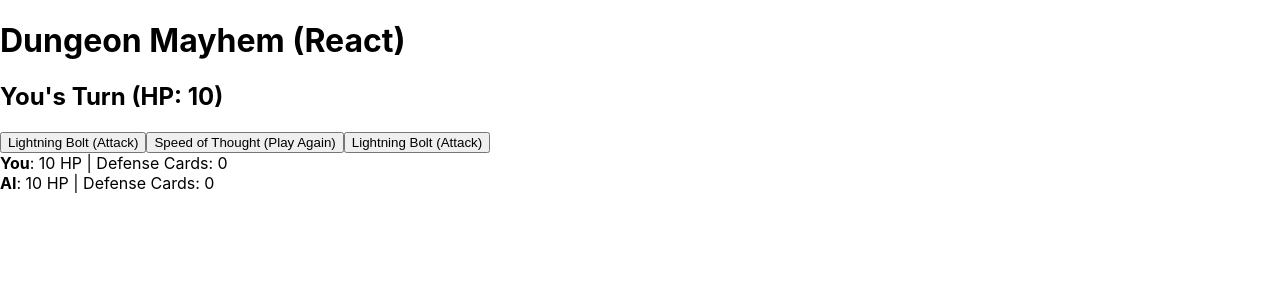
Repository: akhilsabuv/dungeon
Page: /
These files come from the project's save history. The page is drawn as it stood at one moment and after the next save; the edit follows.
The browser window is 1280 px wide. The pictures show the whole page.
The project was rebuilt for these pictures with package versions that can differ from the ones it lists, and the page was loaded fresh each time.

Above is the page before, as saved 2025-04-29 23:48:59.

### src/App.js
import React from 'react';
import GameBoard from './GameBoard';

function App() {
  return (
    <div className="App">
      <GameBoard />
    </div>
  );
}

export default App;

### src/GameBoard.js
import React, { useState } from 'react';

const initialPlayers = [
  {
    name: 'You',
    character: 'azzanthemystic',
    hp: 10,
    hand: [],
    deck: [],
    discard: [],
    defenseCards: [],
  },
  {
    name: 'AI',
    character: 'suthatheskullcrusher',
    hp: 10,
    hand: [],
    deck: [],
    discard: [],
    defenseCards: [],
  }
];

const sampleDeck = [
  { name: 'Lightning Bolt', type: 'Attack', quantity: 4, effect: 1 },
  { name: 'Shield', type: 'Defense', quantity: 2, effect: 1 },
  { name: 'Speed of Thought', type: 'Play Again', quantity: 2, effect: 1 },
  { name: 'Vampiric Touch', type: 'Attack + Heal', quantity: 2, effect: 1 }
];

function drawCard(player) {
  if (player.deck.length === 0) {
    player.deck = [...player.discard];
    player.discard = [];
  }
  const card = player.deck.pop();
  player.hand.push(card);
}

function GameBoard() {
  const [players, setPlayers] = useState(() => {
    const clonedPlayers = JSON.parse(JSON.stringify(initialPlayers));
    clonedPlayers.forEach(p => {
      p.deck = [...sampleDeck.flatMap(card => Array(card.quantity).fill(card))];
      p.deck = p.deck.sort(() => Math.random() - 0.5);
      for (let i = 0; i < 3; i++) drawCard(p);
    });
    return clonedPlayers;
  });

  const [currentPlayerIndex, setCurrentPlayerIndex] = useState(0);

  function playCard(cardIndex) {
    const p = [...players];
    const current = p[currentPlayerIndex];
    const opponent = p[(currentPlayerIndex + 1) % 2];
    const card = current.hand.splice(cardIndex, 1)[0];

    switch (card.type) {
      case 'Attack':
        if (opponent.defenseCards.length > 0) {
          opponent.defenseCards.pop();
        } else {
          opponent.hp = Math.max(0, opponent.hp - card.effect);
        }
        break;
      case 'Defense':
        current.defenseCards.push(card);
        break;
      case 'Play Again':
        drawCard(current);
        break;
      case 'Attack + Heal':
        if (opponent.defenseCards.length > 0) {
          opponent.defenseCards.pop();
        } else {
          opponent.hp = Math.max(0, opponent.hp - card.effect);
        }
        current.hp = Math.min(10, current.hp + card.effect);
        break;
    }
    current.discard.push(card);
    drawCard(current);
    setPlayers(p);
    setCurrentPlayerIndex((currentPlayerIndex + 1) % 2);
  }

  const current = players[currentPlayerIndex];

  return (
    <div className="p-4">
      <h1 className="text-2xl font-bold">Dungeon Mayhem (React)</h1>
      <div className="my-4">
        <h2 className="text-xl">{current.name}'s Turn (HP: {current.hp})</h2>
        <div className="flex gap-2 mt-2">
          {current.hand.map((card, i) => (
            <button
              key={i}
              className="p-2 border rounded bg-white shadow"
              onClick={() => playCard(i)}
            >
              {card.name} ({card.type})
            </button>
          ))}
        </div>
      </div>
      <div className="mt-6">
        {players.map((p, i) => (
          <div key={i} className="mt-2">
            <strong>{p.name}</strong>: {p.hp} HP | Defense Cards: {p.defenseCards.length}
          </div>
        ))}
      </div>
    </div>
  );
}

export default GameBoard;

Loaded but not shown: public/index.html (common file); src/index.js (common file); src/index.css (common file); src/reportWebVitals.js (common file)

After the next save:
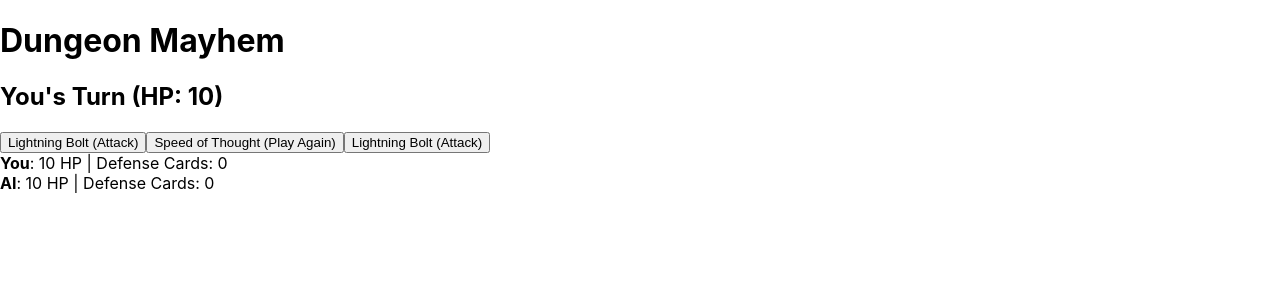
Saved 2 min 33 s later.
--- a/src/GameBoard.js
+++ b/src/GameBoard.js
@@ -89,7 +89,7 @@
 
   return (
     <div className="p-4">
-      <h1 className="text-2xl font-bold">Dungeon Mayhem (React)</h1>
+      <h1 className="text-2xl font-bold">Dungeon Mayhem</h1>
       <div className="my-4">
         <h2 className="text-xl">{current.name}'s Turn (HP: {current.hp})</h2>
         <div className="flex gap-2 mt-2">
